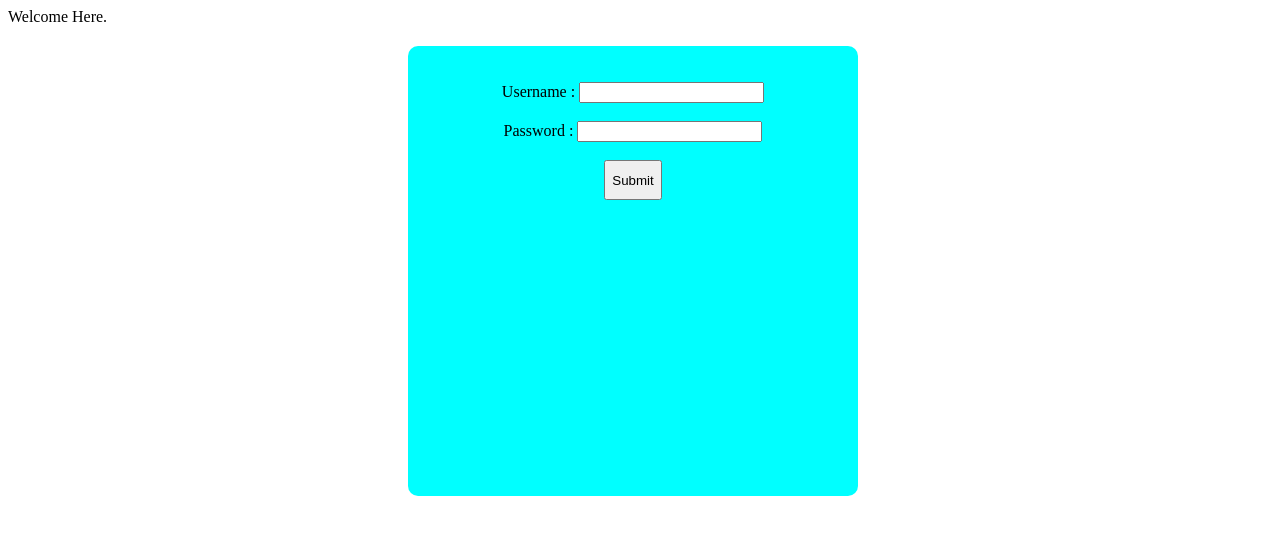
Repository: sunil965/JavaRepo
Page: WebProject/WebContent/index.html
The author's editor kept a copy of each file at every save. The page is drawn from the files as they stood at one save, then again after the next save.
The browser window is 1280 px wide. The pictures show the whole page.

Above is the page before, as saved 2017-04-26 11:30:25.

After the next save:
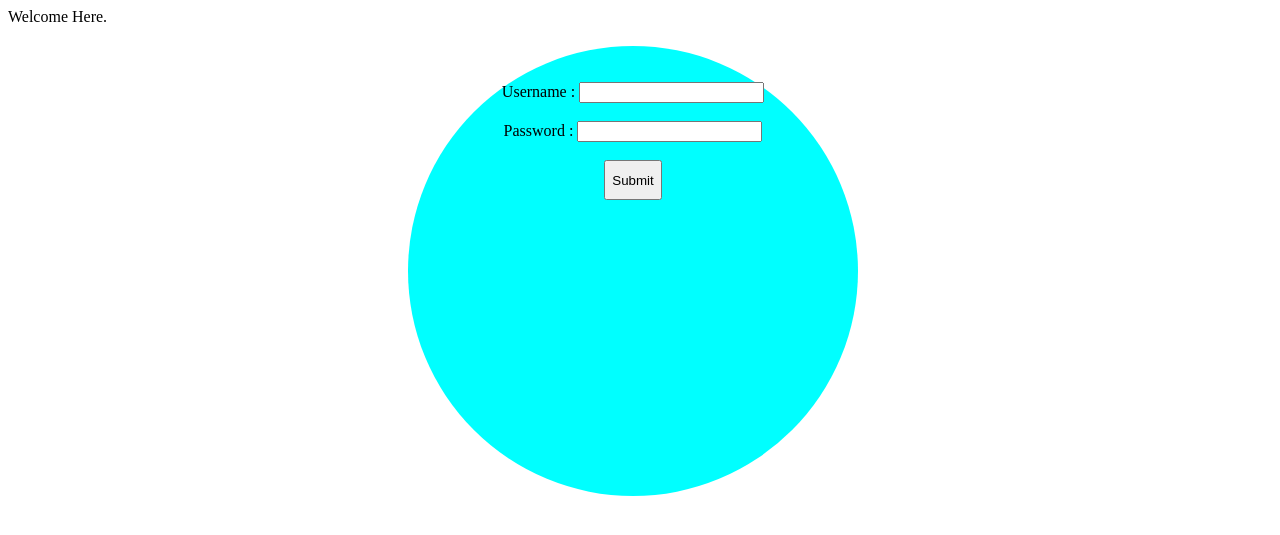
Saved 45 s later.
--- a/WebProject/WebContent/index.html
+++ b/WebProject/WebContent/index.html
@@ -9,7 +9,7 @@
    border: 5px solid d #a6e2e2;
    height: 450px;
    width: 450px;
-   border-radius: 10px;
+   border-radius: 500px;
    background-color: cyan;
    margin-left: 400px;
    margin-top: 20px;
